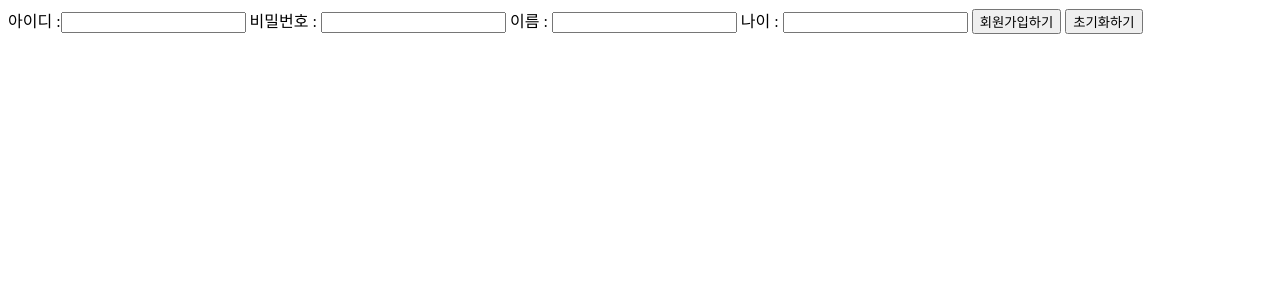
Repository: eyonghwan/jsp_practice
Page: http://localhost/JSPBasic/JspObject/1.requests/req_join_form.jsp
An editor plug-in stored every save of this project. The page is shown before and after the next save, followed by the edit.
The browser window is 1280 px wide. The pictures show the whole page.
The page is served by Tomcat 9.

Above is the page before, as saved 2022-02-04 02:12:06.

### JSPBasic/src/main/webapp/JspObject/1.requests/req_join_form.jsp
<%@ page language="java" contentType="text/html; charset=UTF-8"
    pageEncoding="UTF-8"%>
<!DOCTYPE html>
<html>
<head>
<meta charset="UTF-8">
<title>Insert title here</title>
</head>
<body>
<form action="req_join_result.jsp" method="post">
	아이디 :<input type="text" name="id" >
	비밀번호 : <input type="password" name="pw" >
	이름 : <input type="text" name="name" >
	나이 : <input type="text" name="age">
	<input type="submit" value="회원가입하기">
	<input type="reset" value="초기화하기">
</form>
</body>
</html>

After the next save:
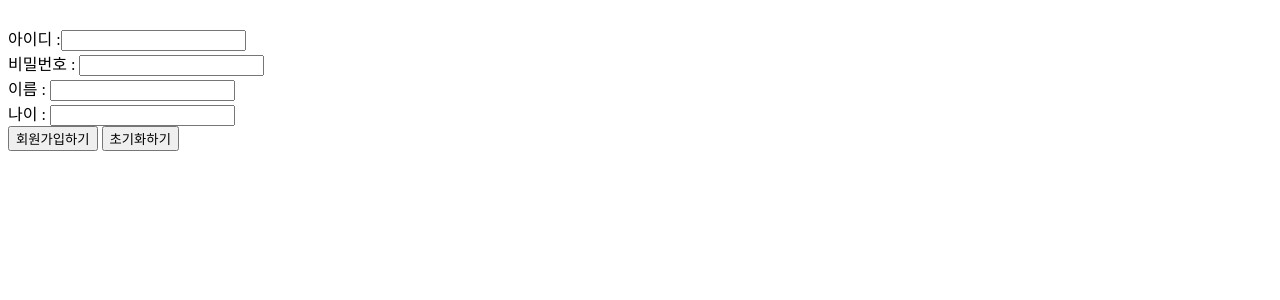
Saved 25 s later.
--- a/JSPBasic/src/main/webapp/JspObject/1.requests/req_join_form.jsp
+++ b/JSPBasic/src/main/webapp/JspObject/1.requests/req_join_form.jsp
@@ -7,11 +7,11 @@
 <title>Insert title here</title>
 </head>
 <body>
-<form action="req_join_result.jsp" method="post">
-	아이디 :<input type="text" name="id" >
-	비밀번호 : <input type="password" name="pw" >
-	이름 : <input type="text" name="name" >
-	나이 : <input type="text" name="age">
+<form action="req_join_result.jsp" method="post"><br/>
+	아이디 :<input type="text" name="id" ><br/>
+	비밀번호 : <input type="password" name="pw" ><br/>
+	이름 : <input type="text" name="name" ><br/>
+	나이 : <input type="text" name="age"><br/>
 	<input type="submit" value="회원가입하기">
 	<input type="reset" value="초기화하기">
 </form>
